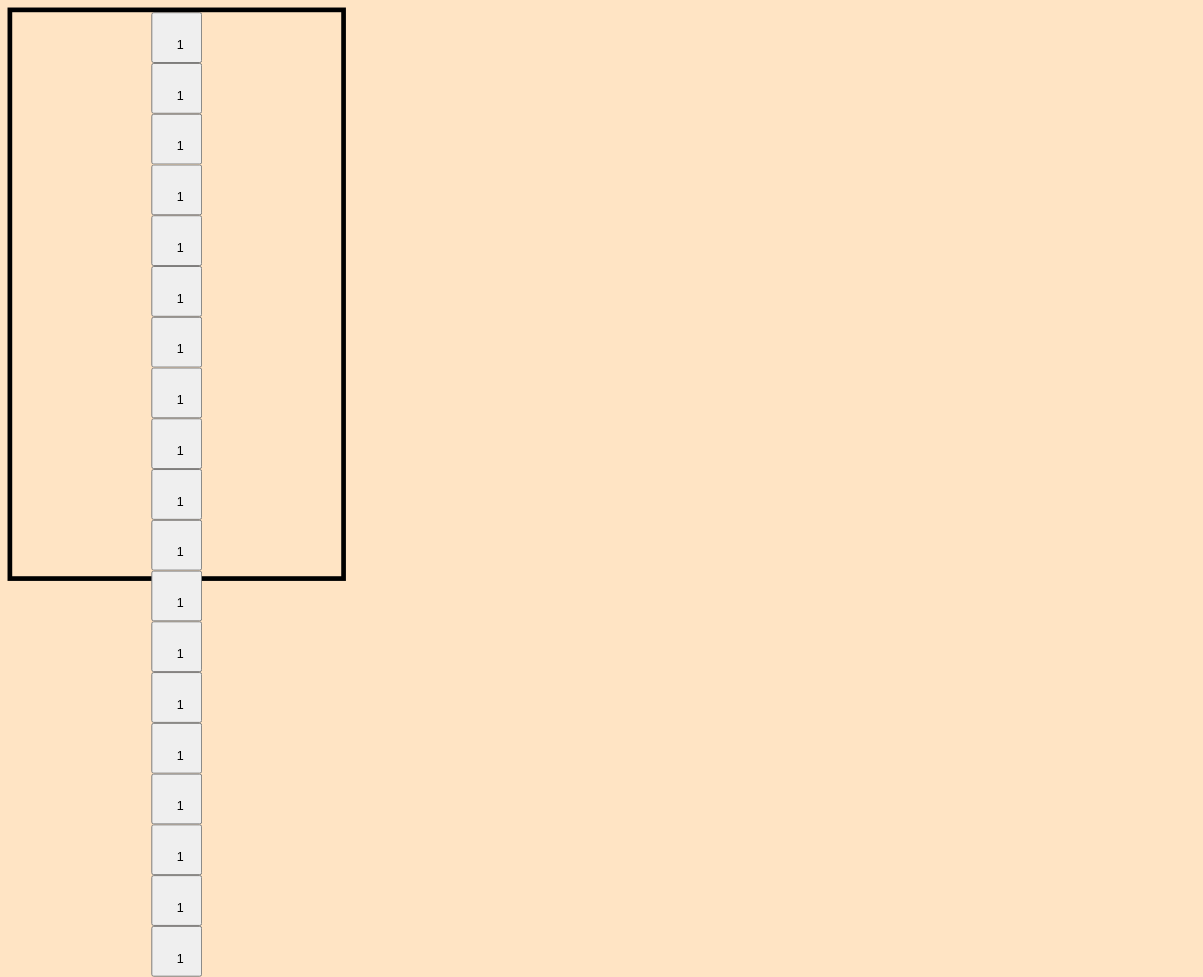
Repository: noahcallen/LAB-calculator
Page: index.html
The author's editor kept a copy of each file at every save. The page is drawn from the files as they stood at one save, then again after the next save.
The browser window is 1280 px wide. The pictures show the whole page, at 94% of full size.

Above is the page before, as saved 2024-07-10 18:40:36.

After the next save:
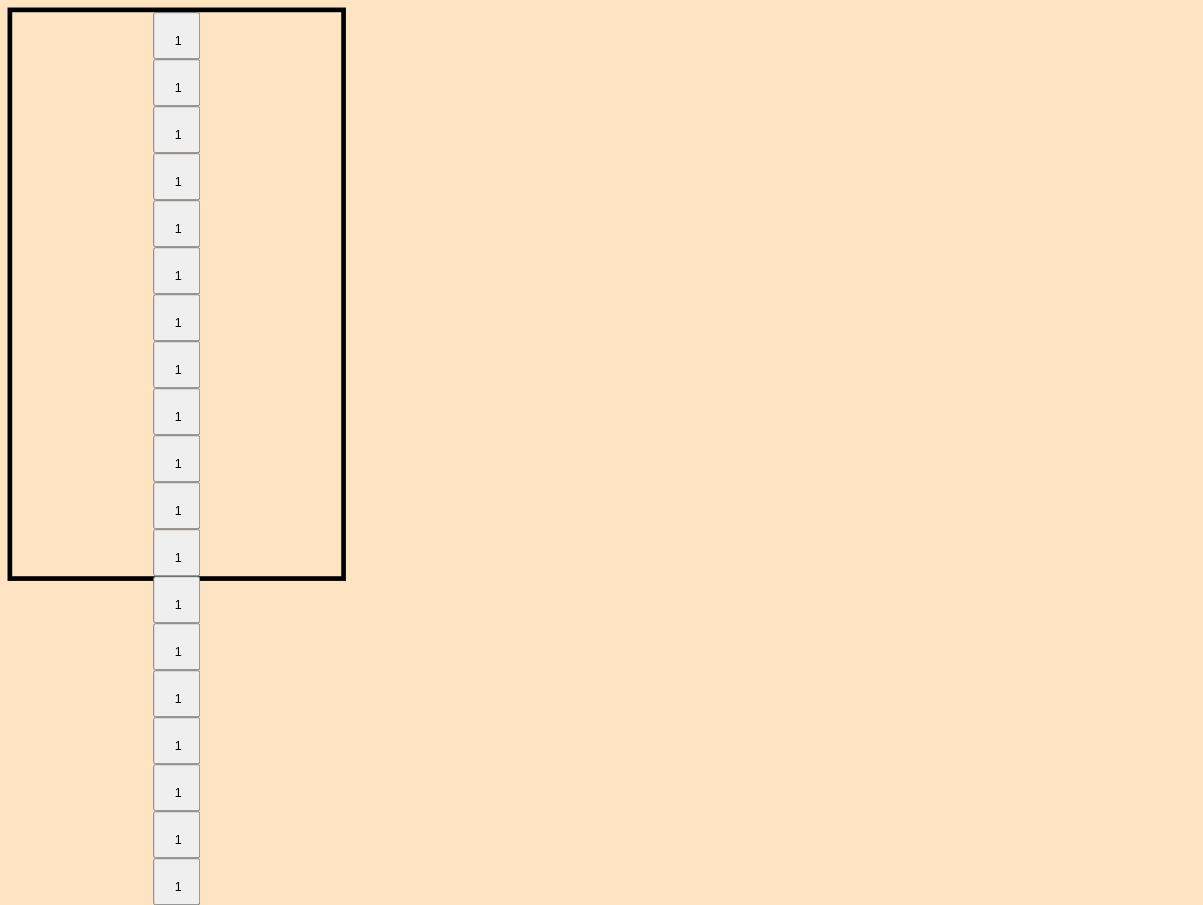
Saved 6 s later.
--- a/main.css
+++ b/main.css
@@ -15,5 +15,5 @@ body {
   flex-wrap: wrap;
   height: 50px;
   width: 50px;
-  padding: 25px;
+  padding: 21px;
 }
